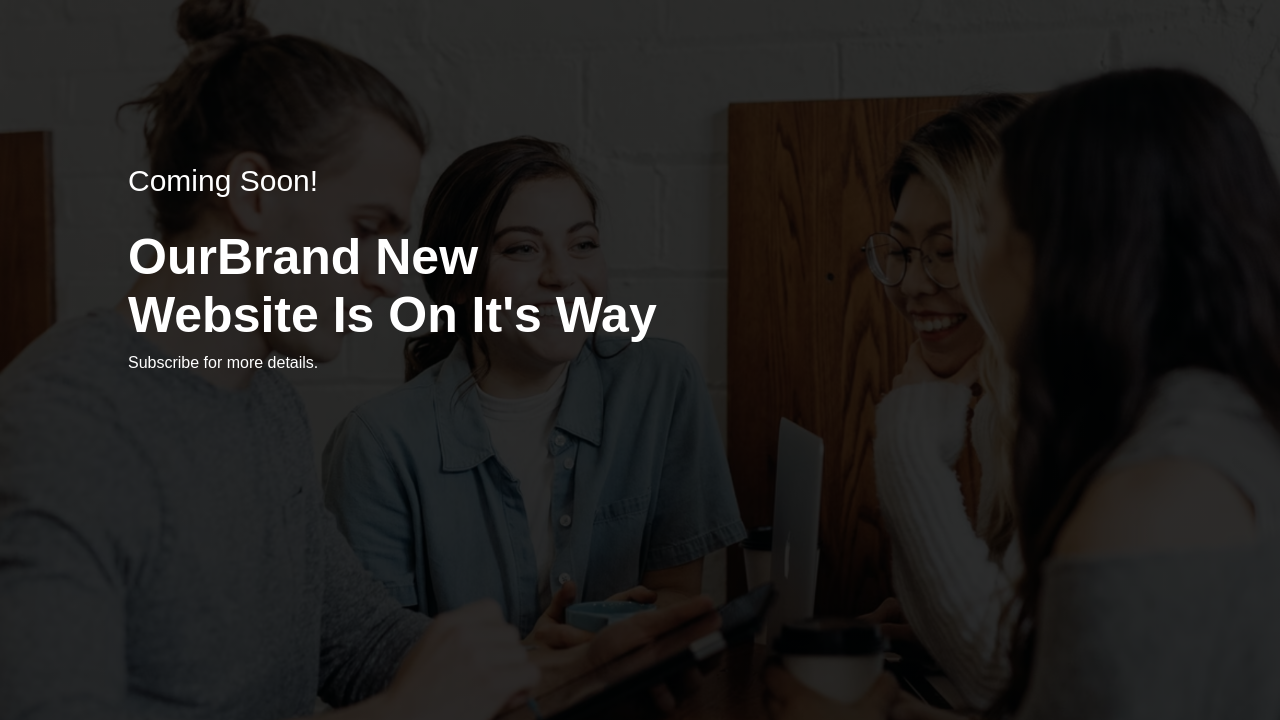
Repository: AbdullahOwais-Dev/Email-Subscription
Page: index.html
The author's editor kept a copy of each file at every save. The page is drawn from the files as they stood at one save, then again after a run of saves.
The browser window is 1280 px wide. The pictures show the whole page.

Above is the page before, as saved 2025-02-07 23:37:00.

### index.html
<!DOCTYPE html>
<html lang="en">
<head>
    <meta charset="UTF-8">
    <meta name="viewport" content="width=device-width, initial-scale=1.0">
    <link rel="stylesheet" href="style.css">
    <link rel="shortcut icon" href="images/icon.png" type="image/x-icon">
    <title>Email Subscription</title>
</head>
<body>

    <div class="hero">
        <h3>Coming Soon!</h3>
        <h1>OurBrand New<br>Website Is On It's Way</h1>
        <p>Subscribe for more details.</p>
        <form></form>
    </div>


    <style>

    </style>
</body>
</html>

### style.css
*{
    margin: 0;
    padding: 0;
    box-sizing: border-box;
    font-family: 'poppins', sans-serif;
}
.hero{
    width: 100%;
    height: 100vh;
    background-image: linear-gradient(rgba(0,0,0,0.8), rgba(0,0,0,0.8)), url(images/background.png);
    background-size: cover;
    background-position: center;
    padding: 10px 10%;
    color: #fff;
}
.hero h3{
    margin-top: 15%;
    font-weight: 400;
    font-size: 30px;
}
.hero h1{
    margin-top: 30px;
    font-size: 50px;
}
.hero p{
    margin: 10px 0 50px;
}

After the next 7 saves:
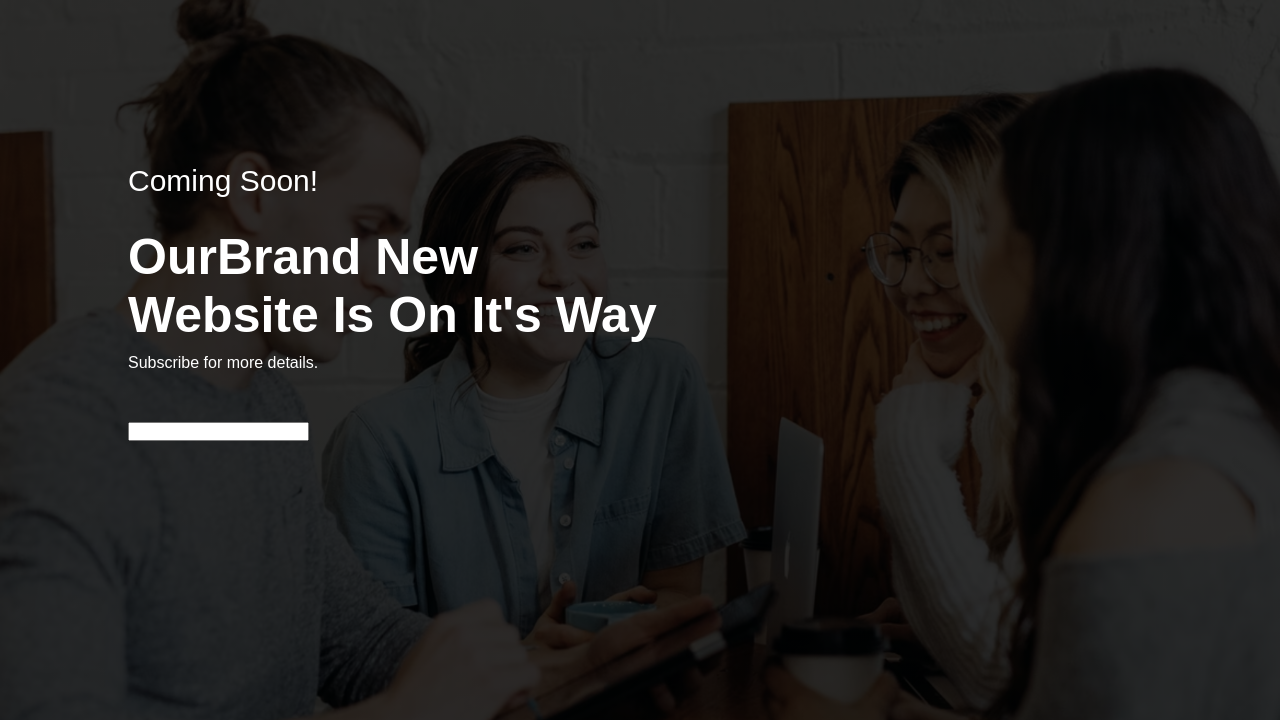
The 7 saves are shown as one change because they came seconds apart.
The last was saved 19 s later.
--- a/index.html
+++ b/index.html
@@ -13,7 +13,9 @@
         <h3>Coming Soon!</h3>
         <h1>OurBrand New<br>Website Is On It's Way</h1>
         <p>Subscribe for more details.</p>
-        <form></form>
+        <form>
+            <input type="email" name="email" placeholder="">
+        </form>
     </div>
 
 
